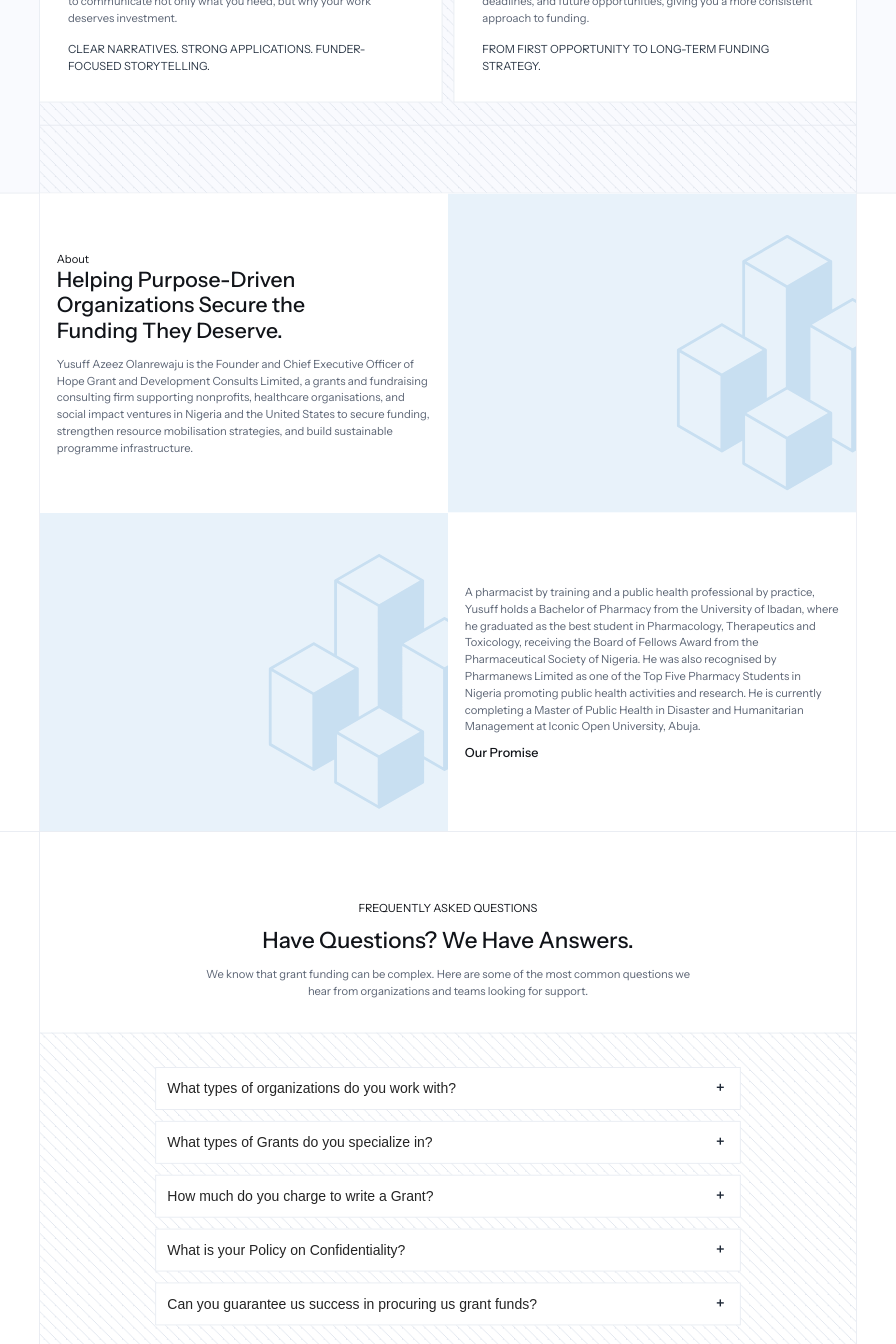
Repository: Ajeyinka/Upgrowth
Page: index.html
These files come from the project's save history. The page is drawn as it stood at one moment and after the next save; the edit follows.
The browser window is 1280 px wide. The pictures show the part of the page from y = 3846 to 5766 px (the page is 6758 px tall), at 70% of full size.

Above is the page before, as saved 2026-09-24 18:22:07.

After the next save:
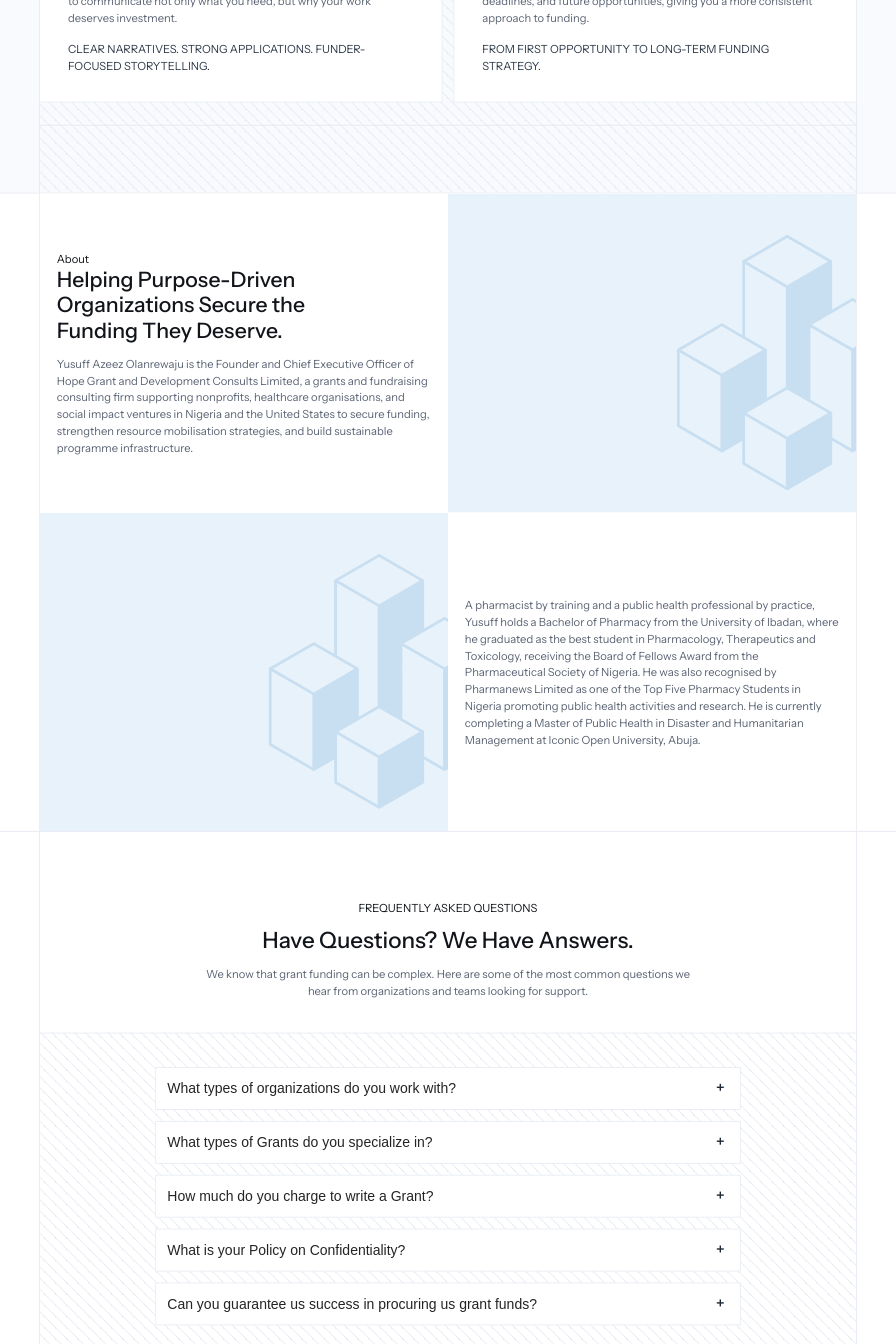
Saved 10 s later.
--- a/index.html
+++ b/index.html
@@ -292,7 +292,7 @@
                  A pharmacist by training and a public health professional by practice, Yusuff holds a Bachelor of Pharmacy from the University of Ibadan, where he graduated as the best student in Pharmacology, Therapeutics and Toxicology, receiving the Board of Fellows Award from the Pharmaceutical Society of Nigeria. He was also recognised by Pharmanews Limited as one of the Top Five Pharmacy Students in Nigeria promoting public health activities and research. He is currently completing a Master of Public Health in Disaster and Humanitarian Management at Iconic Open University, Abuja.
                 </p>
 
-                <h3>Our Promise</h3>
+
               </div>
 
 
